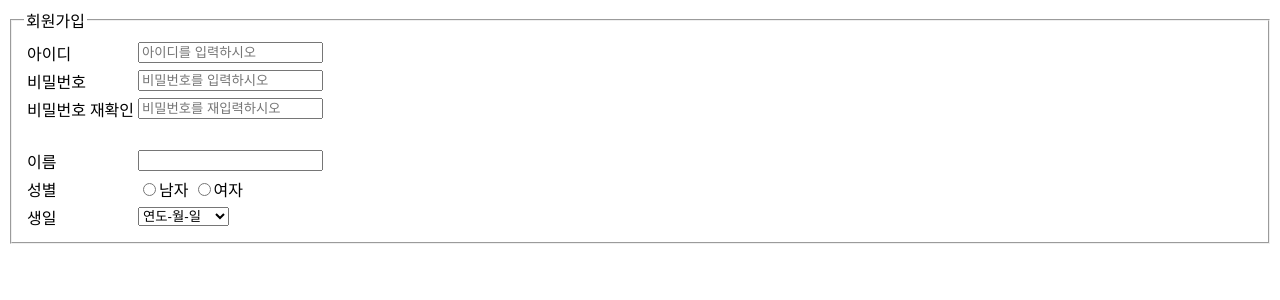
Repository: Scoobi-wisdoom/web
Page: d011/web/register.html
An editor plug-in stored every save of this project. The page is shown before and after the next save, followed by the edit.
The browser window is 1280 px wide. The pictures show the whole page.

Above is the page before, as saved 2020-08-05 08:39:36.

After the next save:
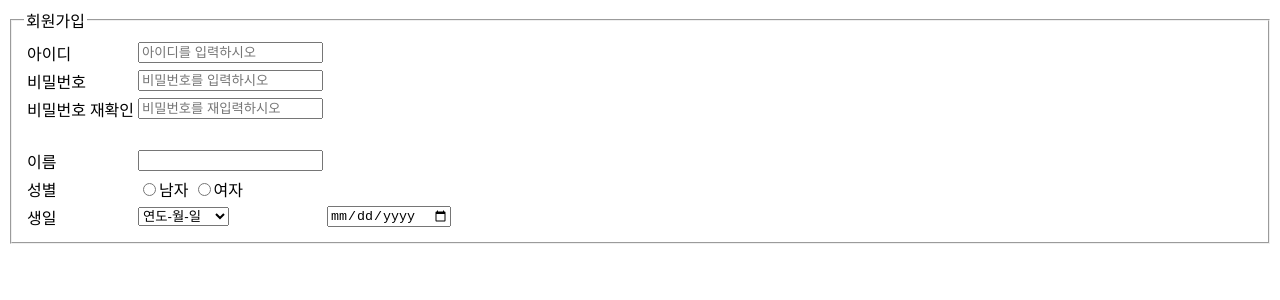
Saved 16 s later.
--- a/d011/web/register.html
+++ b/d011/web/register.html
@@ -67,6 +67,7 @@
 					</select>
 				</td>
 				<td>
+					<input type="date" name="date">
 				</td>
 			</tr>
 

After the save that followed:
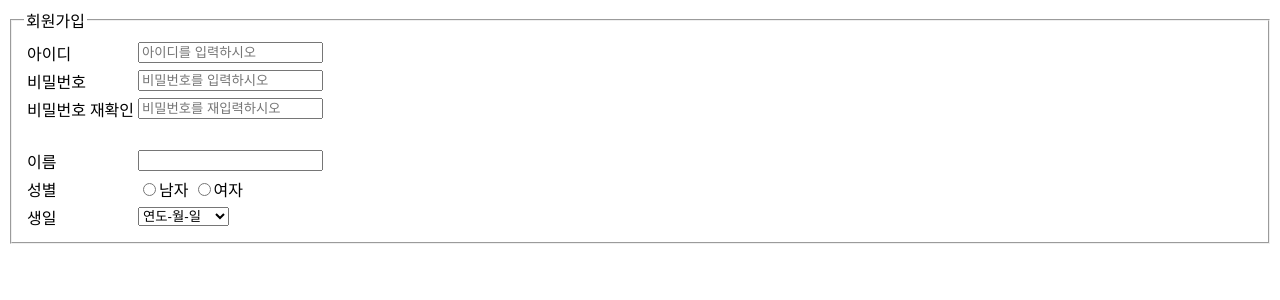
Saved 32 s later.
--- a/d011/web/register.html
+++ b/d011/web/register.html
@@ -65,10 +65,6 @@
 						<option value="1990-01-01">1990-01-01</option>
 						<option value="2000-01-01">2000-01-01</option>
 					</select>
-				</td>
-				<td>
-					<input type="date" name="date">
-				</td>
 			</tr>
 
 
